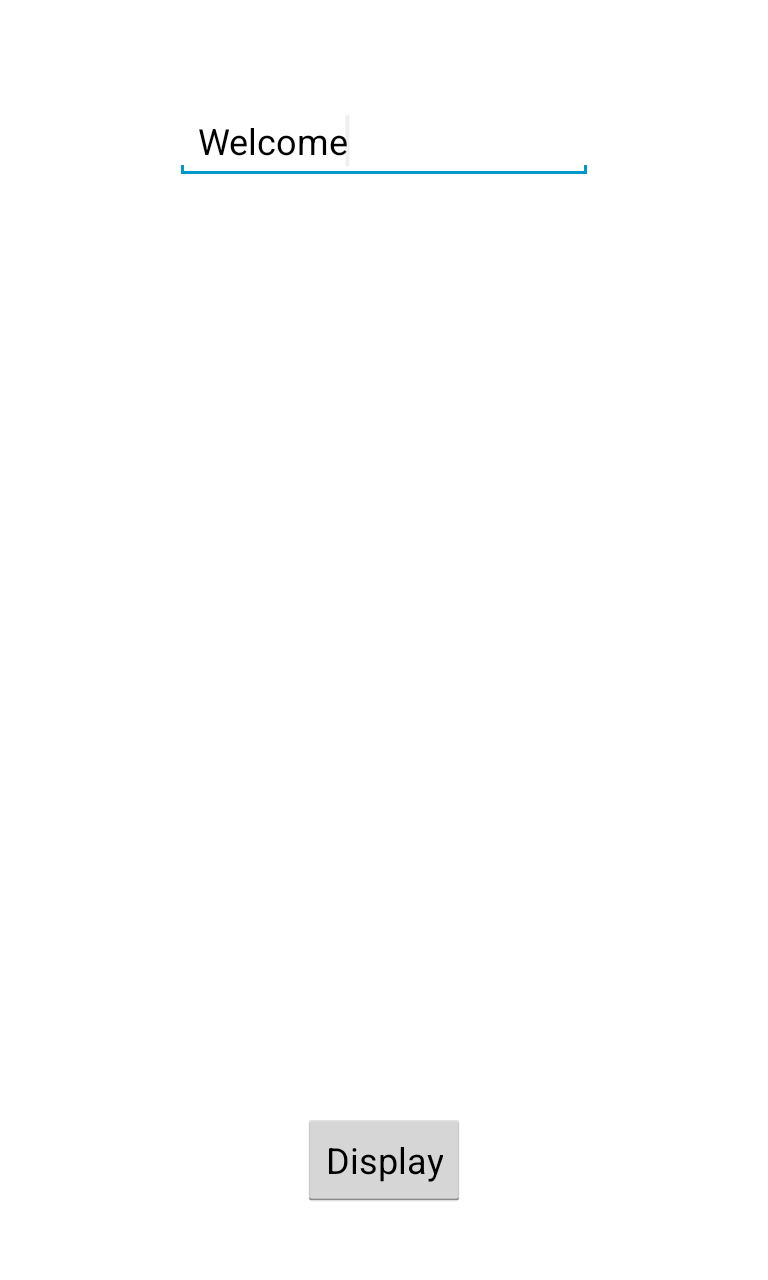
Repository: ujwalp15/Workshop_Apps
Layout: Pandora/Friction/res/layout/activity_main.xml
The author's editor kept a copy of each file at every save. The layout is drawn from the files as they stood at one save, then again after the next save.
It is drawn on a 768 x 1280 px phone screen (xhdpi) without system bars, with theme AppTheme; the app's code is not run.

Above is the layout before, as saved 2016-02-18 09:21:28.

After the next save:
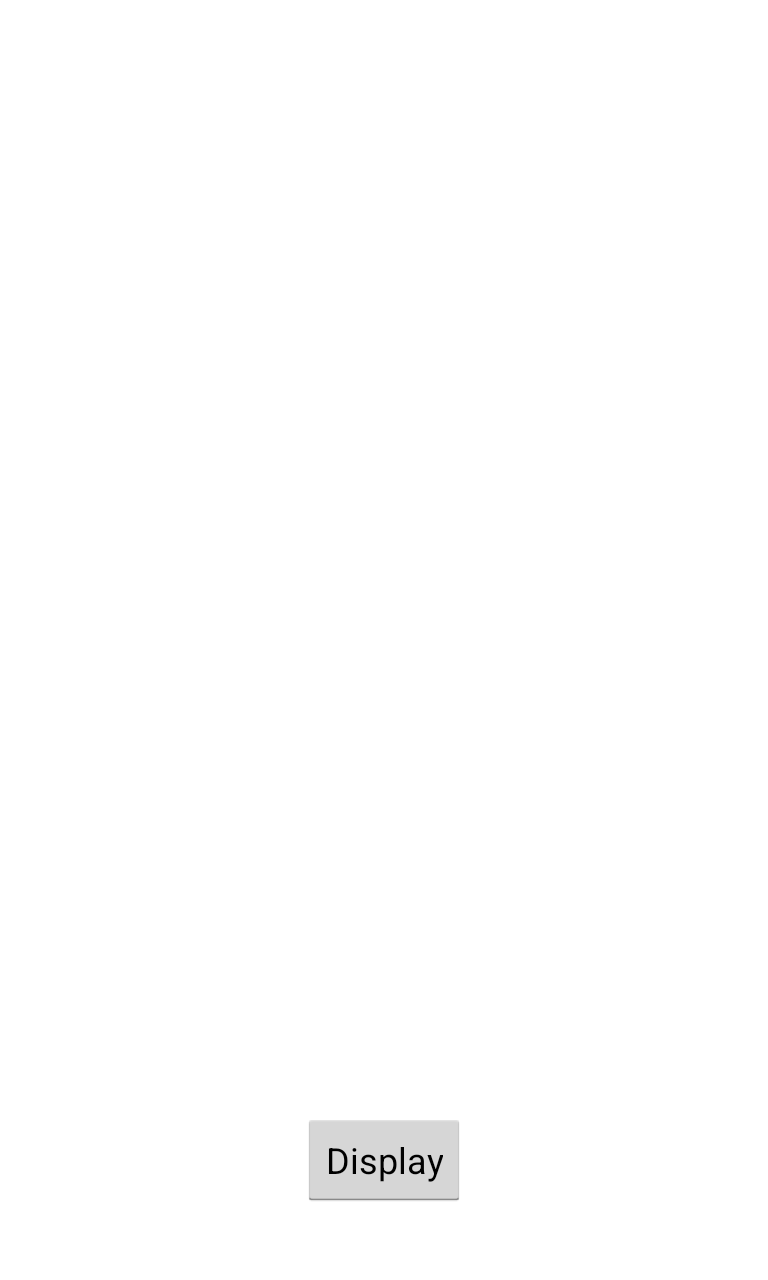
Saved 62 s later.
--- a/Pandora/Friction/res/layout/activity_main.xml
+++ b/Pandora/Friction/res/layout/activity_main.xml
@@ -13,17 +13,4 @@
         android:layout_marginBottom="36dp"
         android:text="Display" />
 
-    <EditText
-        android:id="@+id/editText1"
-        android:layout_width="wrap_content"
-        android:layout_height="wrap_content"
-        android:layout_alignParentTop="true"
-        android:layout_centerHorizontal="true"
-        android:layout_marginTop="51dp"
-        android:ems="10"
-        android:text="Welcome" >
-
-        <requestFocus />
-    </EditText>
-
 </RelativeLayout>
